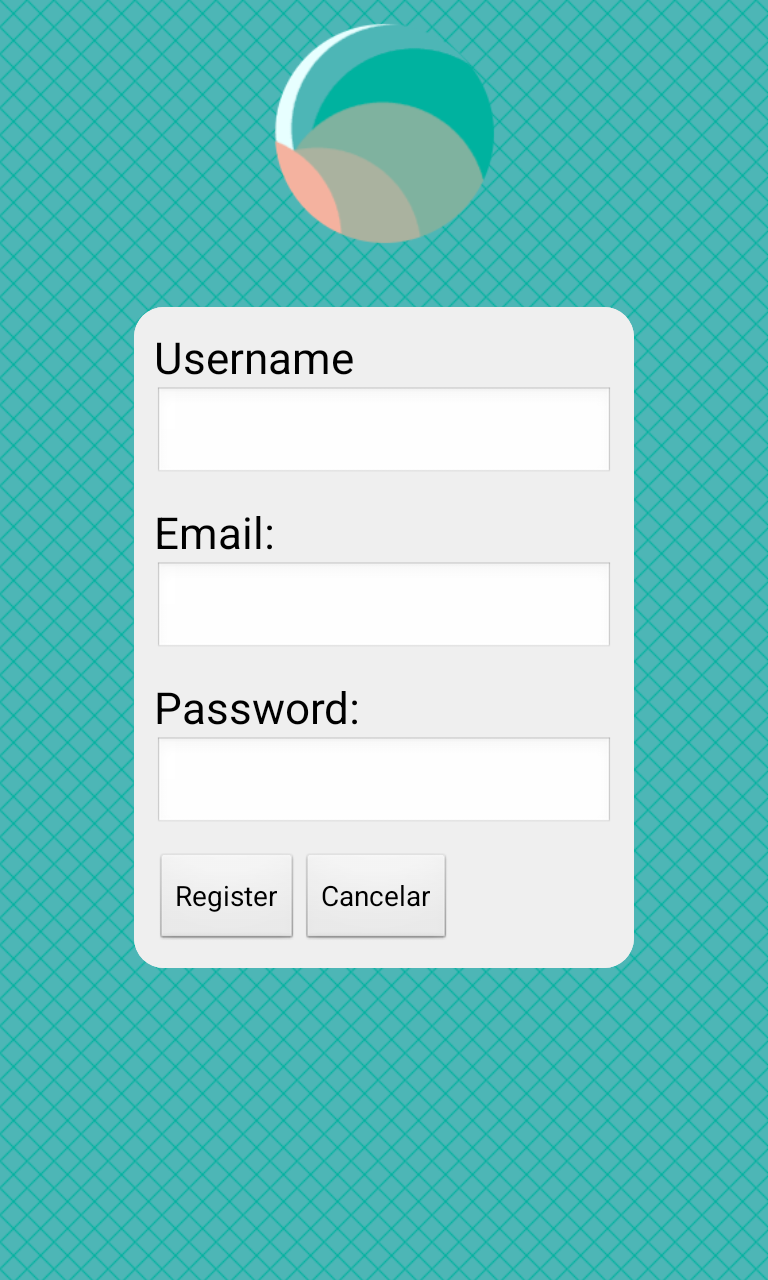
Repository: ppamorim/Coderock-X
Layout: workspace-Android/teste1/res/layout/activity_register.xml
An editor plug-in stored every save of this project. The layout is shown before and after the next save, followed by the edit.
It is drawn on a 768 x 1280 px phone screen (xhdpi) without system bars, with theme android:Theme.NoTitleBar; the app's code is not run.

Above is the layout before, as saved 2014-01-05 23:16:09.

After the next save:
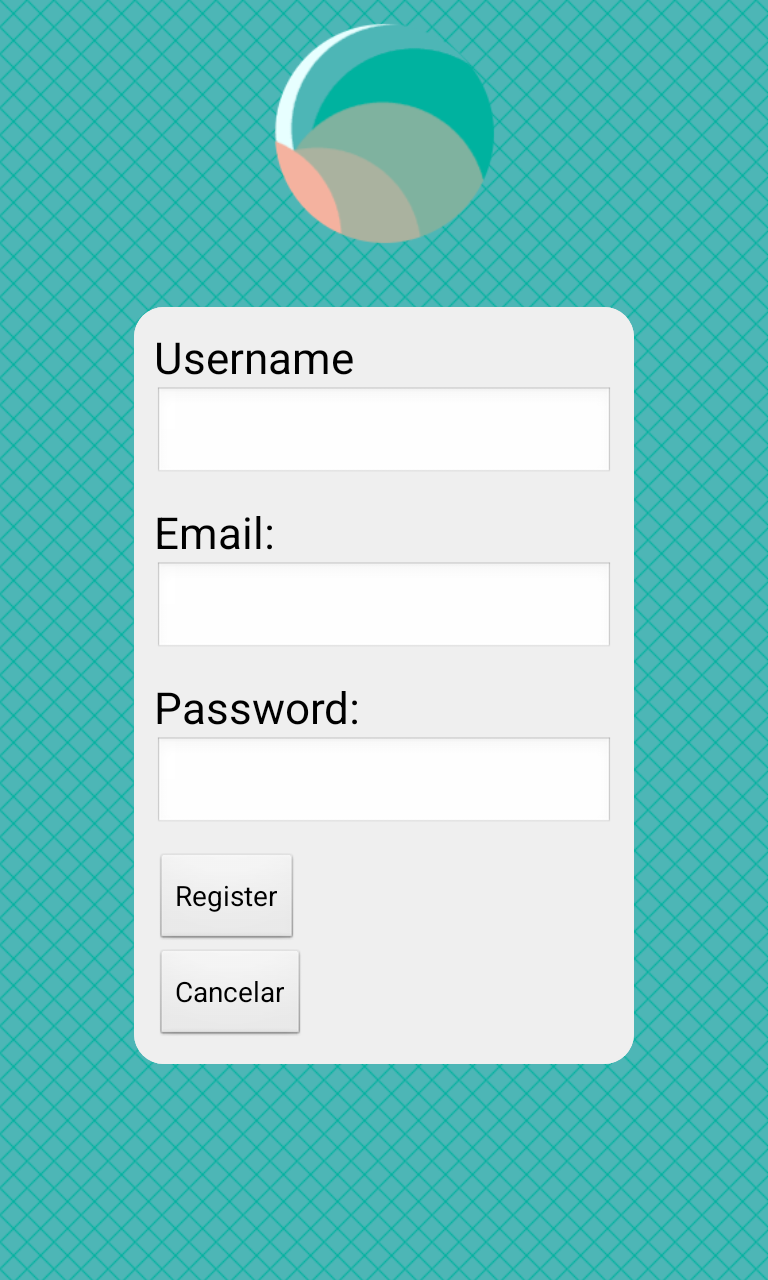
Saved 4 min 11 s later.
--- a/workspace-Android/teste1/res/layout/activity_register.xml
+++ b/workspace-Android/teste1/res/layout/activity_register.xml
@@ -94,8 +94,9 @@
 
         		<LinearLayout
         		android:layout_width="fill_parent"
-            	android:layout_height="match_parent"
-            	android:orientation="horizontal"
+            	android:layout_height="240dpt"
+            	android:layout_weight="2"
+            	android:orientation="vertical"
             	android:layout_marginBottom="10dp"
             	android:layout_marginLeft="10dp"
             	android:layout_marginRight="10dp" >
